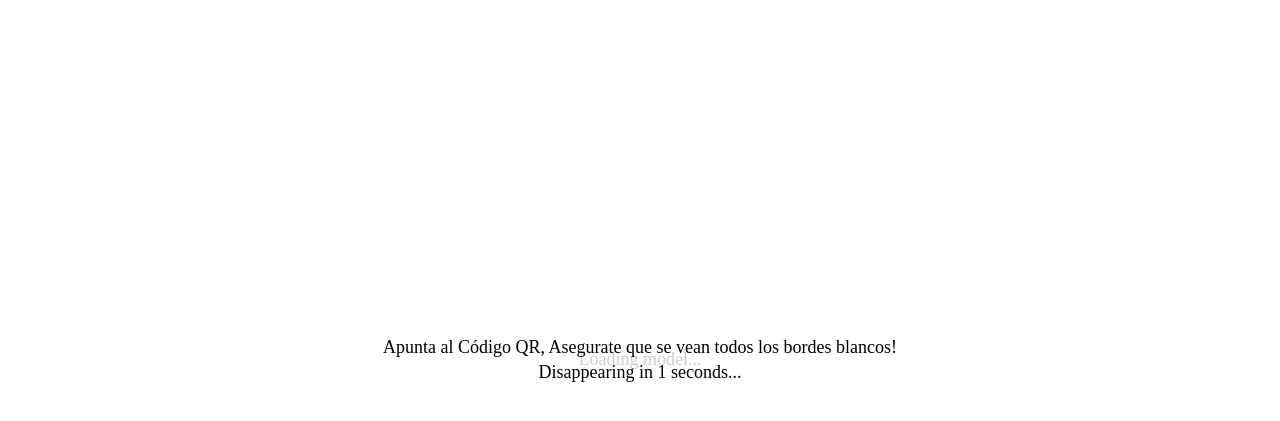
Repository: Cartterr/AR-Ipre-Museo-2023
Page: index.html
An editor plug-in stored every save of this project. The page is shown before and after the next save, followed by the edit.
The browser window is 1280 px wide. The pictures show the whole page.

Above is the page before, as saved 2023-08-17 02:24:17.

### index.html
<!DOCTYPE html>
<html lang="en">
<head>
    <meta charset="UTF-8">
    <script src="https://aframe.io/releases/0.8.0/aframe.min.js"></script>
    <script src="https://cdn.rawgit.com/jeromeetienne/AR.js/1.6.0/aframe/build/aframe-ar.js"></script>
    <script src="https://cozmo.github.io/jsQR/jsQR.js"></script>

    <style>
        #loading, #qrPrompt {
            position: fixed;
            top: 50%;
            left: 50%;
            transform: translate(-50%, -50%);
            z-index: 1000;
            background-color: rgba(255, 255, 255, 0.8);
            padding: 20px;
            border-radius: 10px;
            text-align: center;
            font-size: 18px;
            max-width: 80%;
            line-height: 1.4;
        }
    </style>
</head>
<body style='margin : 0px; overflow: hidden;'>

    <!-- Loading div -->
    <div id="loading">Loading model...</div>

    <!-- QR Prompt with countdown timer -->
    <div id="qrPrompt">Apunta al Código QR, Asegurate que se vean todos los bordes blancos! <br> Disappearing in <span id="countdown">6</span> seconds...</div>

    <a-scene embedded arjs='sourceType: webcam; debugUIEnabled: false;' vr-mode-ui="enabled: false">
        <a-assets>
            <a-asset-item id="apple-model" src="apple_ii_computer_1k.glb"></a-asset-item>
        </a-assets>

        <!-- Marker-based model -->
        <a-marker preset='custom' type='pattern' url='https://dl.dropboxusercontent.com/scl/fi/2r32jo02nfvmfk4d83sog/pattern-qr-code-MONKEY.patt?rlkey=t1j8qwahs1193ngaihgklho50&dl=0'>
            <a-entity id="appleEntity" gltf-model="#apple-model" rotation="0 0 0" scale="0.5 0.5 0.5" material='opacity: 0.7;'>
                <a-animation attribute="rotation" to="0 360 0" dur="18000" repeat="indefinite" easing="linear"></a-animation>
            </a-entity>
        </a-marker>

        <a-entity camera></a-entity>
    </a-scene>

    <script>
        // Hide loading once model is loaded
        document.getElementById('appleEntity').addEventListener('model-loaded', function() {
            document.getElementById('loading').style.display = 'none';
        });

        // Countdown timer to hide QR Prompt div
        let countdown = 6;
        let countdownInterval = setInterval(function() {
            countdown--;
            document.getElementById('countdown').innerText = countdown;
            if (countdown === 0) {
                clearInterval(countdownInterval);
                document.getElementById('qrPrompt').style.display = 'none';
            }
        }, 1000);
    </script>

</body>
</html>

After the next save:
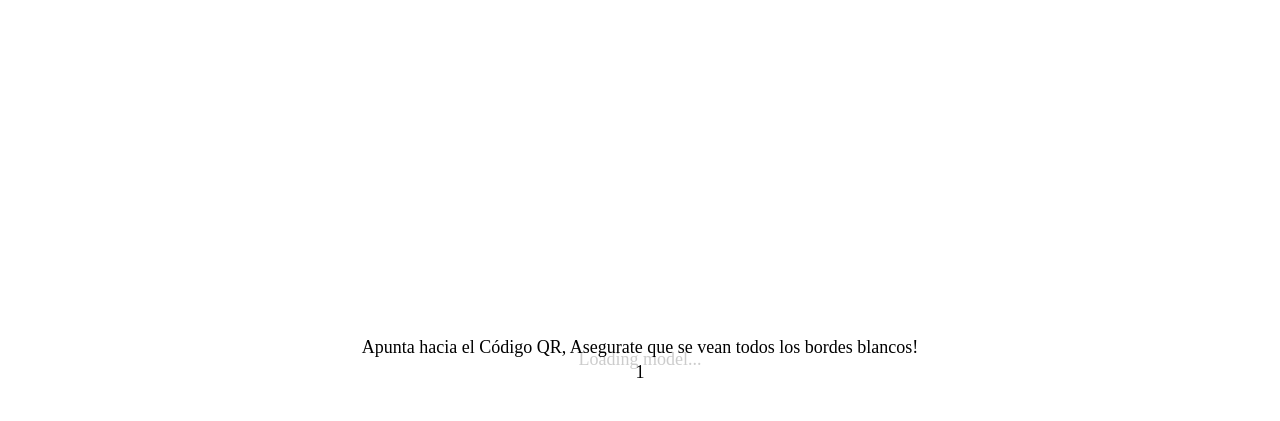
Saved 3 min 29 s later.
--- a/index.html
+++ b/index.html
@@ -29,7 +29,7 @@
     <div id="loading">Loading model...</div>
 
     <!-- QR Prompt with countdown timer -->
-    <div id="qrPrompt">Apunta al Código QR, Asegurate que se vean todos los bordes blancos! <br> Disappearing in <span id="countdown">6</span> seconds...</div>
+    <div id="qrPrompt">Apunta hacia el Código QR, Asegurate que se vean todos los bordes blancos! <br> <span id="countdown">6</span> </div>
 
     <a-scene embedded arjs='sourceType: webcam; debugUIEnabled: false;' vr-mode-ui="enabled: false">
         <a-assets>
